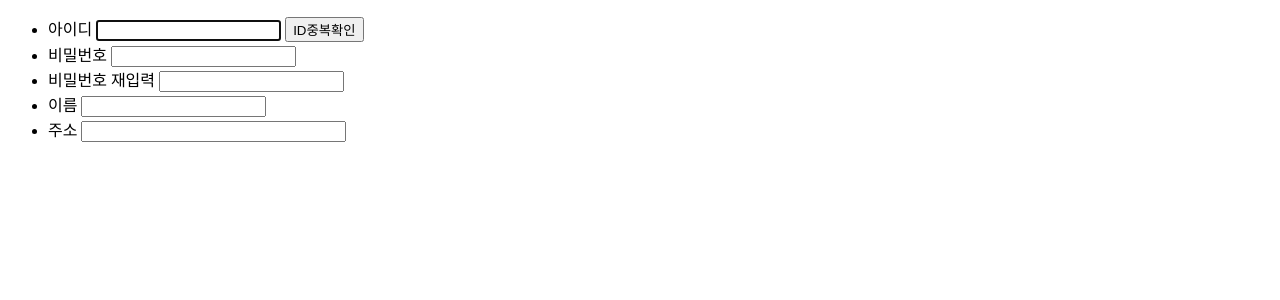
Repository: Tak-kuen/18-2
Page: http://localhost/studyjsp/ch11/registerForm.jsp
These files come from the project's save history. The page is drawn as it stood at one moment and after the next save; the edit follows.
The browser window is 1280 px wide. The pictures show the whole page.
The page is served by Tomcat 9. Other server files are loaded and not shown.

Above is the page before, as saved 2018-10-31 06:42:53.

### code/studyjsp/WebContent/ch11/registerForm.jsp
<%@ page language="java" contentType="text/html; charset=UTF-8"
    pageEncoding="UTF-8"%>
<!DOCTYPE html>
<html>
<head>
<meta charset="UTF-8">
<title>Insert title here</title>
<script src="../js/jquery-3.3.1.min.js"></script>
<script src="register.js"></script>
</head>
<body>
<div id="regForm" class="box">
	<ul>
		<li><label for="id">아이디</label>
		<input id="id" name="id" type="email" size="20" maxlength="50" autofocus>
		<button id="checkId">ID중복확인</button>
		<li><label for="passwd">비밀번호</label>
		<input id="passwd" name="passwd" type="password" size="20" maxlength="16" >
		<li><label for="repass">비밀번호 재입력</label>
		<input id="repass" name="repass" type="password" size="20" maxlength="16" >
		<li><label for="name">이름</label>
		<input id="name" name="name" type="text" size="20" maxlength="10" >
		<li><label for="address">주소</label>
		<input id="address" name="address" type="text" size="30" maxlength="50" >
	</ul>

</div>

</body>
</html>

Loaded but not shown: code/studyjsp/WebContent/js/jquery-3.3.1.min.js (library); code/studyjsp/WebContent/ch11/register.js (no copy from this time; the picture is the same without it)

After the next save:
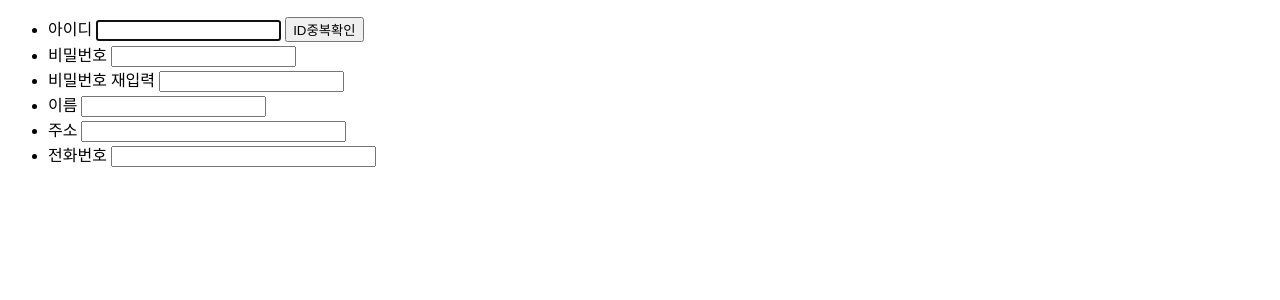
Saved 13 s later.
--- a/code/studyjsp/WebContent/ch11/registerForm.jsp
+++ b/code/studyjsp/WebContent/ch11/registerForm.jsp
@@ -22,6 +22,8 @@
 		<input id="name" name="name" type="text" size="20" maxlength="10" >
 		<li><label for="address">주소</label>
 		<input id="address" name="address" type="text" size="30" maxlength="50" >
+		<li><label for="tel">전화번호</label>
+		<input id="address" name="address" type="text" size="30" maxlength="50" >
 	</ul>
 
 </div>
